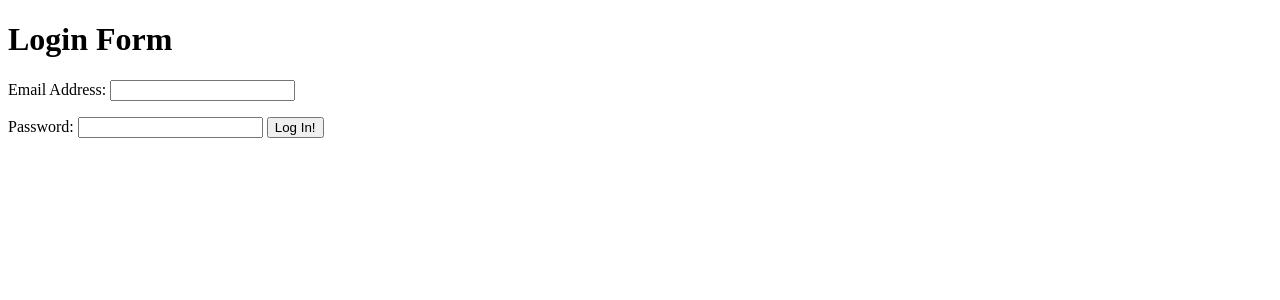
Repository: codieb1997/cosw30
Page: http://localhost/labwork/lab2/login.php
The author's editor kept a record of every edit. The page is drawn from the files as they stood at one moment, then again after the next edit.
The browser window is 1280 px wide. The pictures show the whole page.
The page is run by PHP 8.4 with error messages shown; the project is at /var/www/html/.

Above is the page before.

After the next edit:
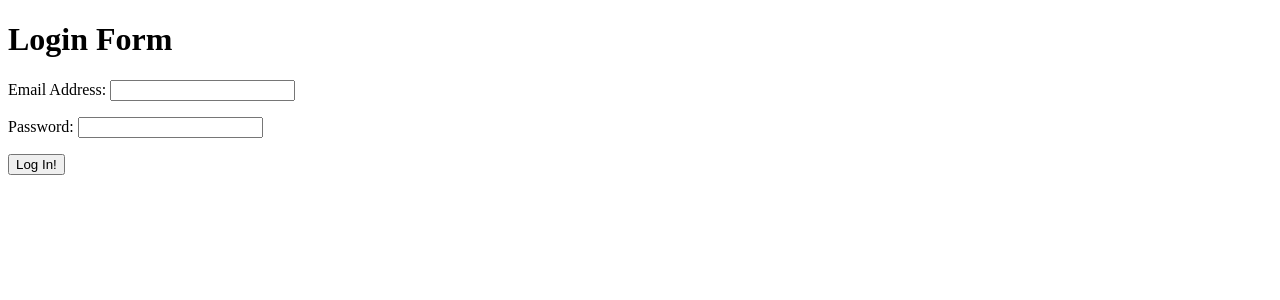
The edit:
--- a/labwork/lab2/login.php
+++ b/labwork/lab2/login.php
@@ -10,8 +10,8 @@
             <p><label for="email">Email Address:</label>
             <input type="email" name="email" id="email" required></p>
 
-            <label>Password:</label>
-            <input type="password" name="password" required>
+            <p><label for="password">Password:</label>
+            <input type="password" name="password" id="password" required></p>
 
             <button>Log In!</button>
         </form>
